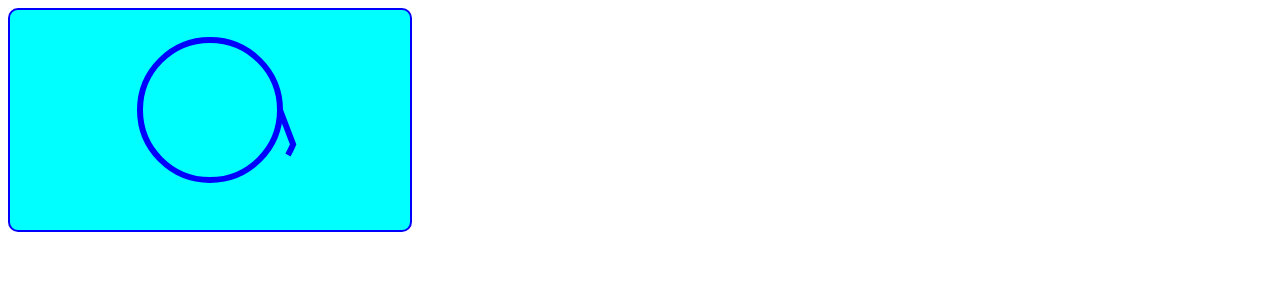
Repository: Tan-Khang21/TH_TKW--Buoi_05
Page: Bai_Tap_Ve_Nha/Bai_01/canvas10.html
The author's editor kept a copy of each file at every save. The page is drawn from the files as they stood at one save, then again after the next save.
The browser window is 1280 px wide. The pictures show the whole page.

Above is the page before, as saved 2024-03-10 21:38:43.

### Bai_Tap_Ve_Nha/Bai_01/canvas10.html
<!DOCTYPE html>
<html lang="en">
  <head>
    <meta charset="UTF-8" />
    <meta name="viewport" content="width=device-width, initial-scale=1.0" />
    <title>Document</title>
  </head>
  <body>
    <canvas
      id="myCanvas"
      style="
        border: 2px solid blue;
        background-color: aqua;
        border-radius: 10px;
      "
      width="400px"
      height="220px"
    ></canvas>
    <script>
      var canvas = document.getElementById("myCanvas"),
        ctx = canvas.getContext("2d");
      ctx.beginPath();
      ctx.arc(200, 100, 70, 0, 2 * Math.PI);
      ctx.arc(200, 100, 90, (1 / 8) * Math.PI, Math.PI / 6);
      ctx.strokeStyle = "blue";
      ctx.lineWidth = 6;
      ctx.stroke();
    </script>
  </body>
</html>

After the next save:
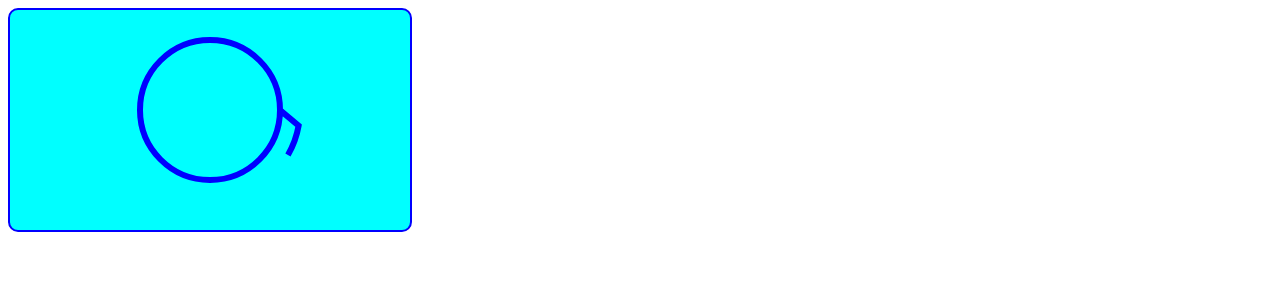
Saved 43 s later.
--- a/Bai_Tap_Ve_Nha/Bai_01/canvas10.html
+++ b/Bai_Tap_Ve_Nha/Bai_01/canvas10.html
@@ -21,7 +21,7 @@
         ctx = canvas.getContext("2d");
       ctx.beginPath();
       ctx.arc(200, 100, 70, 0, 2 * Math.PI);
-      ctx.arc(200, 100, 90, (1 / 8) * Math.PI, Math.PI / 6);
+      ctx.arc(200, 100, 90, (1 / 18) * Math.PI, Math.PI / 6);
       ctx.strokeStyle = "blue";
       ctx.lineWidth = 6;
       ctx.stroke();
